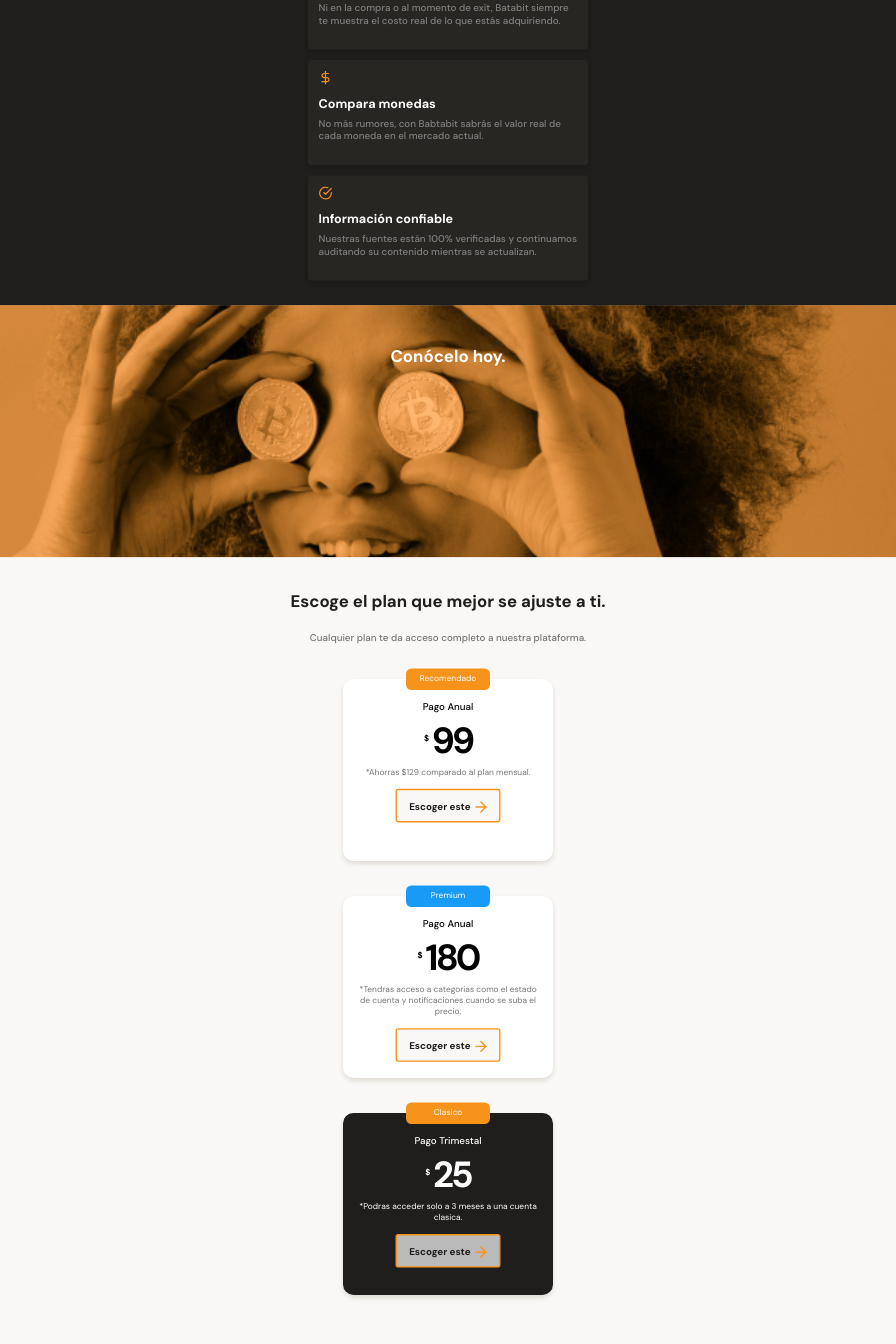
Repository: Pandrea-hub/Batatabit
Page: index.html
An editor plug-in stored every save of this project. The page is shown before and after the next save, followed by the edit.
The browser window is 1280 px wide. The pictures show the part of the page from y = 1527 to 3447 px (the page is 3447 px tall before and 2877 px after), at 70% of full size.

Above is the page before, as saved 2022-04-20 07:07:40.

### index.html
<!DOCTYPE html>
<html lang="en">
<head>
    <meta charset="UTF-8">
    <meta http-equiv="X-UA-Compatible" content="IE=edge">
    <meta name="viewport" content="width=device-width, initial-scale=1.0">
    <title>Document</title>
    <link rel="preconnect" href="https://fonts.googleapis.com">
    <link rel="preconnect" href="https://fonts.gstatic.com" crossorigin>
    <link href="https://fonts.googleapis.com/css2?family=DM+Sans:wght@400;500;700&family=Inter:wght@300;500;700&display=swap" rel="stylesheet">
    <link rel="stylesheet" href="./style.css">
</head>
<body>


    <header>

        <img src="./assets/img/logo.svg" alt="Logo del header donde estara una patata y el nombre que es Batatabit"/>
        <div class="header--title-container">
            <h1>La próxima revolución en el intercambio de criptomonedas.</h1>
            <p>Batatabit te ayuda a navegar entre los diferentes precios y tendencias.</p>
            <a href="#plans" class="header--button">Conoce Nuestros Planes<span></span></a>
        </div>
    </header>


    <main>
        <section class="main-exchange--container">
            <div class="backgroungImg"></div>
            <div class="main-exchange--container--title">
                <h2>Visibilizamos todas las tasas de cambio.</h2>
                <p>Traemos información en tiempo real de las casas de cambio y las monedas más importantes del mundo.</p>
            </div>

            <section class="main-tables-container">
                <div class="main-currency-table">
                    <div class="currency-table">

                        <div class="container-arrow--left" id="arrow-left"></div>

                        <div class="currency-table--container" id="table-1">
                            <p class="currency-table--title" id="title-1">Monedas</p>
                            <table>
                                <tr>
                                    <tr>
                                        <td class="table__top--left">Bitcoin</td>
                                        <td class="table__top--right table__right">$1.96 <span class="down"></span></td>
                                    </tr>
                                    <tr>
                                        <td>Ethereum</td>
                                        <td class="table__right">$0.07 <span class="up"></span></td>
                                    </tr>
                                    <tr>
                                        <td>Ripple</td>
                                        <td class="table__right">$2.15 <span class="down"></span></td>
                                    </tr>
                                    <tr>
                                        <td class="table__bottom--left">Stellar</td>
                                        <td class="table__bottom-right table__right">$4.96 <span class="down"></span></td>
                                    </tr>
                                </tr>
                            </table>
                        </div>


                        <div class="currency-table--container" id="table-2">
                            <p class="currency-table--title" id="title-2">Comisiones</p>
                            <table>
                                <tr>
                                    <tr>
                                        <td class="table__top--left">Bitrade</td>
                                        <td class="table__top--right table__right">$ 12.96</td>
                                    </tr>
                                    <tr>
                                        <td>Bitpreco</td>
                                        <td class="table__right">$ 13.07</td>
                                    </tr>
                                    <tr>
                                        <td>Novadax</td>
                                        <td class="table__right">$ 13.15</td>
                                    </tr>
                                    <tr>
                                        <td class="table__bottom--left">Coinext</td>
                                        <td class="table__bottom-right table__right">$ 14.96</td>
                                    </tr>
                                </tr>
                            </table>
                        </div>

                        <div class="container-arrow" id="arrow-right"></div>

                    </div>

                    <div class="currency-table--date" id="table-date">
                        <p><b>Actualizado:</b> 17 Julio 23:11 </p></p>
                    </div>

                </div>
            </section>
        </section>

    <script>
        const arrow_right = document.getElementById("arrow-right")
        const arrow_left = document.getElementById("arrow-left")
        const table_1 = document.getElementById("table-1")
        const table_2 = document.getElementById("table-2")
        const date = document.getElementById("table-date");


        arrow_right.onclick = function(){
            arrow_right.style.display="none";
            table_1.style.display = "none"
            table_2.style.display = "grid"
            arrow_left.style.display = "block"
            date.style.backgroundColor="#E7F5FF";
        }
        arrow_left.onclick = function(){
            arrow_left.style.display="none";
            table_1.style.display = "grid"
            table_2.style.display = "none"
            arrow_right.style.display = "block"
            date.style.backgroundColor="#FFE9D4";
        }
    </script>


        <section class="main-product--detail">
            <span class="product-detail--batata-logo"></span>
            <div class="product-detail--title">
                <h2>Creamos un producto sin comparación.</h2>
                <p>Confiable y diseñado para su uso diario.</p>
            </div>
            <section class="product-cards--container">
                <article class="product-detail--card">
                    <span class="icon-card clock"></span>
                    <p class="product-card--title">Tiempo real</p>
                    <p class="product-card--body">Nuestro API toma información minuto a minuto sobre las tasas que más determinan el comportamiento.</p>
                </article>

                <article class="product-detail--card">
                    <span class="icon-card tasas"></span>
                    <p class="product-card--title">No hay tasas escondidas</p>
                    <p class="product-card--body">Ni en la compra o al momento de exit, Batabit siempre te muestra el costo real de lo que estás adquiriendo.</p>
                </article>


                <article class="product-detail--card">
                    <span class="icon-card money"></span>
                    <p class="product-card--title">Compara monedas</p>
                    <p class="product-card--body">No más rumores, con Babtabit sabrás el valor real de cada moneda en el mercado actual.</p>
                </article>


                <article class="product-detail--card">
                    <span class="icon-card info"></span>
                    <p class="product-card--title">Información confiable</p>
                    <p class="product-card--body">Nuestras fuentes están 100% verificadas y continuamos auditando su contenido mientras se actualizan.</p>
                </article>

            </section>

        </section>



        <section class="bitcoin-img--container">
            <h2>Conócelo hoy.</h2>
        </section>


        <section id="plans" class="main-plans-container">
            <div class="plans--title">
                <h2>Escoge el plan que mejor se ajuste a ti.</h2>
                <p>Cualquier plan te da acceso completo a nuestra plataforma.</p>
            </div>
            <section class="plans-container--slider">
                <article class="plans-container--card">
                    <p class="recommended">Recomendado</p>
                    <div class="plan-info--container">
                        <h3 class="plan-card--title">Pago Anual</h3>
                        <p class="plan-card--price"><sup>$</sup> 99</p>
                        <p class="plan-card--saving">*Ahorras $129 comparado al plan mensual.</p>
                        <button class="plan-card--ca">Escoger este <span></span></button>
                    </div>
                </article>

                <article class="plans-container--card">
                    <p class="premium">Premium</p>
                    <div class="plan-info--container">
                        <h3 class="plan-card--title">Pago Anual</h3>
                        <p class="plan-card--price"><sup>$</sup> 180</p>
                        <p class="plan-card--saving">*Tendras acceso a categorias como el estado de cuenta y notificaciones cuando se suba el precio.</p>
                        <button class="plan-card--ca">Escoger este <span></span></button>
                    </div>
                </article>


                <article class="plans-container--card card-classic">
                    <p class="classic">Clasico</p>
                    <div class="plan-info--container">
                        <h3 class="plan-card--title info-classic">Pago Trimestal</h3>
                        <p class="plan-card--price info-classic"><sup>$</sup> 25</p>
                        <p class="plan-card--saving info-classic">*Podras acceder solo a 3 meses a una cuenta clasica.</p>
                        <button class="plan-card--ca info-classic-button">Escoger este <span></span></button>
                    </div>
                </article>

            </section>
        </section>




    </main>

    <footer></footer>

</body>
</html>

### style.css
/*
1. Position
2. Box model
3. typography
4. Visual themes
5. Others
*/

:root{
    --bitcoin-orange:#F7931A;
    --soft-orange:#FFE9D4;
    --secondary-blue:#1A9AF7;
    --soft-blue:#E7F5FF;
    --warm-black:#201E1C;
    --black: #201e1c;
    --grey: #bababa;
    --off-white: #faf8f7;
    --just-white: #fff;
}

*{
    padding: 0;
    margin: 0;
    box-sizing: border-box;
}


html{
    font-size: 62.5%;
    font-family: "DM Sans", sans-serif;
}

header{
    position: relative;
    display: flex;
    flex-direction:column;
    justify-content: center;
    width: 100%;
    height: 334px;
    min-width: 320px;
    text-align: center;
    background: linear-gradient(207.8deg, #201E1C 16.69%, #F7931A 100%);

}

header img{
    width: 150px;
    height: 24px;
    margin-top: 60px;
    align-self: center;
}

.header--title-container{
    width: 90%;
    min-width: 288px;
    max-width: 900px;
    height: 218px;
    margin-top: 50px;
    text-align: center;
    align-self:center;
}

.header--title-container h1{
    font-size: 2.4rem;
    font-weight: bold;
    line-height: 2.6rem;
    color: var(--just-white);
}

.header--title-container p{
    font-size: 1.4rem;
    font-weight: 500;
    line-height: 1.8rem;
    color:var(--soft-orange);
    margin-top: 2.4rem;
}


.header--title-container .header--button{
    left: calc(50% - 229px/2);
    position: absolute;
    top: 270px;
    display: block;
    margin-top: 35px;
    padding: 15px;
    width: 229px;
    height: 48px;
    background-color: var(--off-white);
    /* Box shadow */
    box-shadow: 0px 4px 8px rgba(89, 73, 30, 0.16);
    border-radius: 4px;
    font-weight: bold;
    font-size: 14px;
    line-height: 18px;
    color:var(--warm-black);
    text-decoration: none;
}

.header--button span{
    display: inline-block;
    width: 13px;
    height: 8px;
    margin-left: 10px;
    background-image: url('./assets/icons/down-arrow.svg');
}

main{
    width: 100%;
    height: auto;
    background-color:var(--off-white);
    min-width: 320px;
}


.main-exchange--container{
    width: 100%;
    height: auto;
    padding-top: 80px;
    padding-bottom: 30px;
    text-align: center;
}

.main-exchange--container--title{
    width: 100%;
    min-width: 288px;
    max-width: 900px;
    margin: 10px auto;
    padding: 1%;
}

.main-exchange--container .backgroungImg{
    width: 200px;
    height: 200px;
    margin: 0 auto;
    margin-bottom: 50px;
    background-image: url(./assets/img/bitcoin.svg);
    background-size: cover;
    background-position: center;
    background-repeat: no-repeat;
}


.main-exchange--container--title h2{
    margin-bottom: 30px;
    font-size: 2.4rem;
    font-weight: bold;
    line-height: 2.6rem;
    align-self:center;
    color:var(--warm-black);
}




.main-exchange--container--title p{
    margin-bottom: 30px;
    font-size: 1.4rem;
    line-height: 1.8rem;
    font-weight: 500;
    color:#757575;
    text-align: center;

}





/*Tables*/


.main-tables-container{
    margin: 20px auto;
    width: 100%;
}



.main-currency-table{
    display: flex;
    flex-direction: column;
    width: 70%;
    min-width: 235px;
    max-width: 500px;
    height: 240px;
    margin: 0 auto;
    font-family: "Inter", sans-serif;
}

.main-currency-table .currency-table--title{
    width: 81px;
    height: 10px;
    margin: 0 auto;
    position: absolute;
    font-size: 1.8rem;
    font-weight: bold;
    line-height: 2.3rem;
    font-family: "DM Sans";
    color:var(--bitcoin-orange);
}

.currency-table{
    width: 100%;
}


.currency-table--container{
    margin: 0 auto;
    width: 100%;
    height: 90px;
    min-width: 230px;
    max-width: 300px;

}

.currency-table--container table{
    width: 70%;
    height: 180px;
    max-width: 320px;
    margin: 30px auto;
    position: absolute;
}


.currency-table--container td{
    width: 50%;
    font-size: 1.6rem;
    font-weight: 500;
    line-height: 1.9rem;
    color:var(--grey);
    background-color:var(--just-white);
    margin: 0px 10px;

}

.table__top--left{
    border-radius: 15px 0 0 0;
}

.table__top--right{
    border-radius:0 15px 0 0;
}


.table__bottom-right{
    border-radius:0 0 15px 0;
}

.table__bottom--left{
    border-radius:0 0 0 15px;
}

.currency-table--container .table__right{
    font-size: 1.4rem;
    font-weight: normal;
    line-height: 1.7rem;
    color:#757575;
}


.currency-table--container .down{
    display: inline-block;
    width: 15px;
    height: 15px;
    margin-left: 10px;
    background-image:url("./assets/icons/trending-down.svg");
    background-size:cover;
    background-repeat:no-repeat;
}

.currency-table--container .up{
    display: inline-block;
    width: 15px;
    height: 15px;
    margin-left: 10px;
    background-image:url("./assets/icons/trending-up.svg");
    background-size:cover;
    background-repeat:no-repeat;
}


.currenty-table{
    display: grid;
    grid-template-columns: 1fr 1fr 1fr;

}


.container-arrow{
    height: 10px;
    width: 12px;
    background-image: url("../assets/icons/right-arrow.svg");
    background-repeat: no-repeat;
    background-size: contain;
    background-position: center;
    position: absolute;
    margin-top: 25px;
    right: 31px;
    cursor: pointer;
}


.container-arrow--left{
    display: none;
    height: 10px;
    width: 12px;
    background-image: url("../assets/icons/left-arrow.svg");
    background-repeat: no-repeat;
    background-size: contain;
    background-position: center;
    position: absolute;
    margin-top:120px;
    left: 20px;
    cursor: pointer;
}


#title-2{
    color:var(--secondary-blue);
}



.currency-table--date{
    margin: 0 auto;
    font-size: 12px;
    position: absolute;
    width: 190px;
    height: 31px;
    left: calc(50% - 95px);
    top: 1080px;
    padding: 8px;
    background-color:var(--soft-orange);
    border-radius:8px;
}

#table-2{
    display: none;
}

.main-product--detail{
    position: relative;
    width: 100%;
    min-width: 320px;
    height: auto;
    padding: 20px 10px;
    background-color:var(--warm-black);
    margin-top: 30px;
}


.product-detail--batata-logo{
    left: calc(50% - 20px);
    top: -12.5px;
    position: absolute;
    width: 40px;
    height: 25px;
    background-image:url("./assets/icons/batata.svg");
}


.product-detail--title{
    width: 90%;
    min-width: 288px;
    height: auto;
    margin: 0 auto;
    margin-top: 50px;
    text-align: center;
}


.product-detail--title h2{
    margin-bottom: 20px;
    font-size: 2.4rem;
    font-weight: bold;
    line-height: 2.6rem;
    color:var(--just-white);

}

.product-detail--title p{
    color:#808080;
    font-size: 1.4rem;
    font-weight: 500;
    line-height: 1.8rem;
}


.product-detail--card{
    width: 90%;
    min-width: 288px;
    max-width: 400px;
    height: 150px;
    margin: 15px auto;
    padding: 15px;
    background-color:#282623;
    border-radius:5px;
    box-shadow:0px 4px 8px rgba(0, 0, 0, 0.16);

}


.product-detail--card .icon-card{
    display: inline-block;
    width: 20px;
    height: 20px;
    background-position: center;
    background-size: cover;
    background-repeat: no-repeat;
    margin-bottom: 15px;

}

.clock{
    background-image:url("./assets/icons/clock.svg");
}

.tasas{
    background-image:url("./assets/icons/eye.svg");
}

.money{
    background-image:url("./assets/icons/dollar-sign.svg");
}

.info{
    background-image:url("./assets/icons/check-circle.svg");
}

.product-card--title{
    font-weight: 700;
    font-weight: bold;
    font-size: 1.8rem;
    line-height: 1.8rem;
    color:var(--just-white);
}


.product-card--body{
    font-weight: 500;
    font-size: 1.4rem;
    line-height: 1.8rem;
    color: #808080;
    margin-top: 10px;
}


/*Seccion de planes*/

.bitcoin-img--container{
    width: 100%;
    min-width: 320px;
    height: 50vh;
    background-image:url('./assets/img/bitcoinbaby2x.jpg');
    background-position:center;
    background-size:cover;
    background-repeat:no-repeat;
    text-align: center;
}

.bitcoin-img--container h2{
    padding-top: 60px;
    font-size: 2.4rem;
    font-weight: bold;
    line-height: 2.6rem;
    color:var(--just-white);
}


.main-plans-container{
    width: 100%;
    min-width: 320px;
    padding-bottom: 70px;
    text-align: center;
}

.plans--title{
    width: 90%;
    min-width: 288px;
    height: auto;
    margin: 0 auto;
    margin-bottom: 50px;
}


.plans--title h2{
    padding-top: 50px;
    font-size: 2.4rem;
    font-weight: bold;
    line-height: 2.6rem;
    color:var(--warm-black);
}


.plans--title p{
    padding-top: 30px;
    font-size: 1.4rem;
    font-weight: 500;
    line-height: 1.8rem;
    color:rgba(117, 117, 117, 1);
}

.plans-container--card{
    position: relative;
    width: 60%;
    min-width: 230px;
    max-width: 300px;
    min-height: 260px;
    margin: 50px auto 0;
    padding: 0 15px;
    border-radius:15px;
    box-shadow: 0 4px 8px rgba(89, 73, 30, 0.16);
    background:var(--just-white);
}

.recommended{
    position: absolute;
    width: 120px;
    height: 31px;
    left: calc(50% - 60px);
    top: -15px;
    padding: 6px;
    font-size: 1.2rem;
    background-color:var(--bitcoin-orange);
    border-radius:8px;
    color:var(--just-white);
}

.premium{
    position: absolute;
    width: 120px;
    height: 31px;
    left: calc(50% - 60px);
    top: -15px;
    padding: 6px;
    font-size: 1.2rem;
    background-color:var(--secondary-blue);
    border-radius:8px;
    color:var(--just-white);
}

.classic{
    position: absolute;
    width: 120px;
    height: 31px;
    left: calc(50% - 60px);
    top: -15px;
    padding: 6px;
    font-size: 1.2rem;
    background-color:var(--bitcoin-orange);
    border-radius:8px;
    color:var(--just-white);
}

.card-classic{
    background-color:var(--warm-black);
}



.plan-card--title{
    padding-top: 30px;
    font-size: 1.4rem;
    font-weight: 500;
    line-height: 1.8rem;
    color:black;
}

.plan-card--price{
    padding: 5px 0;
    font-size: 5.2rem;
    font-weight: bold;
    line-height: 6.3rem;
    letter-spacing: -0.08em;
    color:black;
}

.plan-card--price sup{

    font-size: 1.2rem;

}

.plan-card--saving{
    font-size: 1.2rem;
    color:#757575;
}

.plan-card--ca{
    width: 150px;
    height: 48px;
    margin-top: 16px;
    border: 2px solid var(--bitcoin-orange);
    background:var(--off-white);
    border-radius: 4px;
    font-size: 1.4rem;
    font-weight: bold;
    line-height: 1.8rem;
    color:var(--warm-black);
    text-align: center;
    font-family: "DM Sans", sans-serif;
}

.plan-card--ca span{
    display: inline-block;
    width: 20px;
    height: 20px;
    background-image:url('./assets/icons/orange-right-arrow.svg');
    vertical-align: text-bottom;
}

.info-classic{
    color:var(--just-white);
}


.info-classic-button{
    background:var(--grey);
}

After the next save:
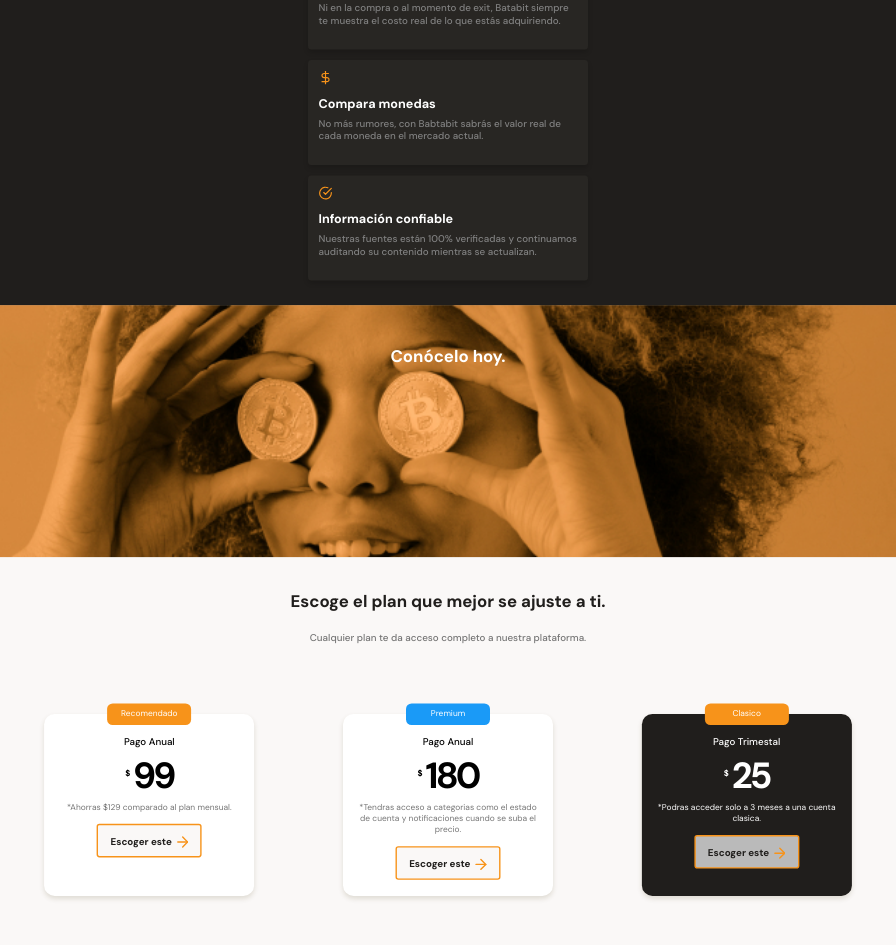
Saved 2 min 22 s later.
--- a/style.css
+++ b/style.css
@@ -617,3 +617,7 @@
 .info-classic-button{
     background:var(--grey);
 }
+
+.plans-container--slider{
+    display: flex;
+}
